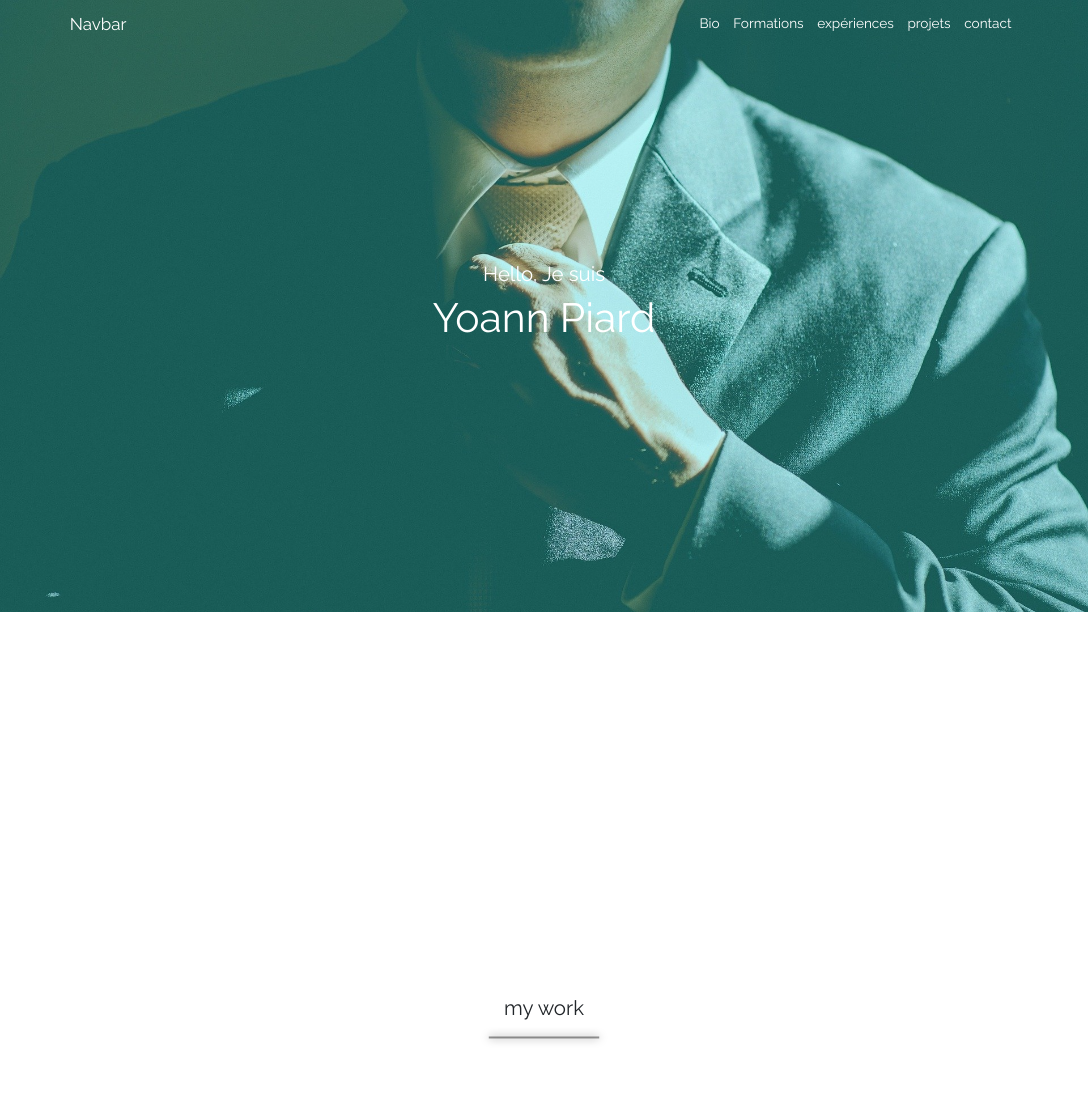
Repository: ypiard85/port-folio-bootstrap-yoann-2021
Page: index.html
The author's editor kept a copy of each file at every save. The page is drawn from the files as they stood at one save, then again after the next save.
The browser window is 1280 px wide. The pictures show the whole page, at 85% of full size.

Above is the page before, as saved 2021-03-09 15:15:37.
Console error: TypeError: window.onload is not a function

After the next save:
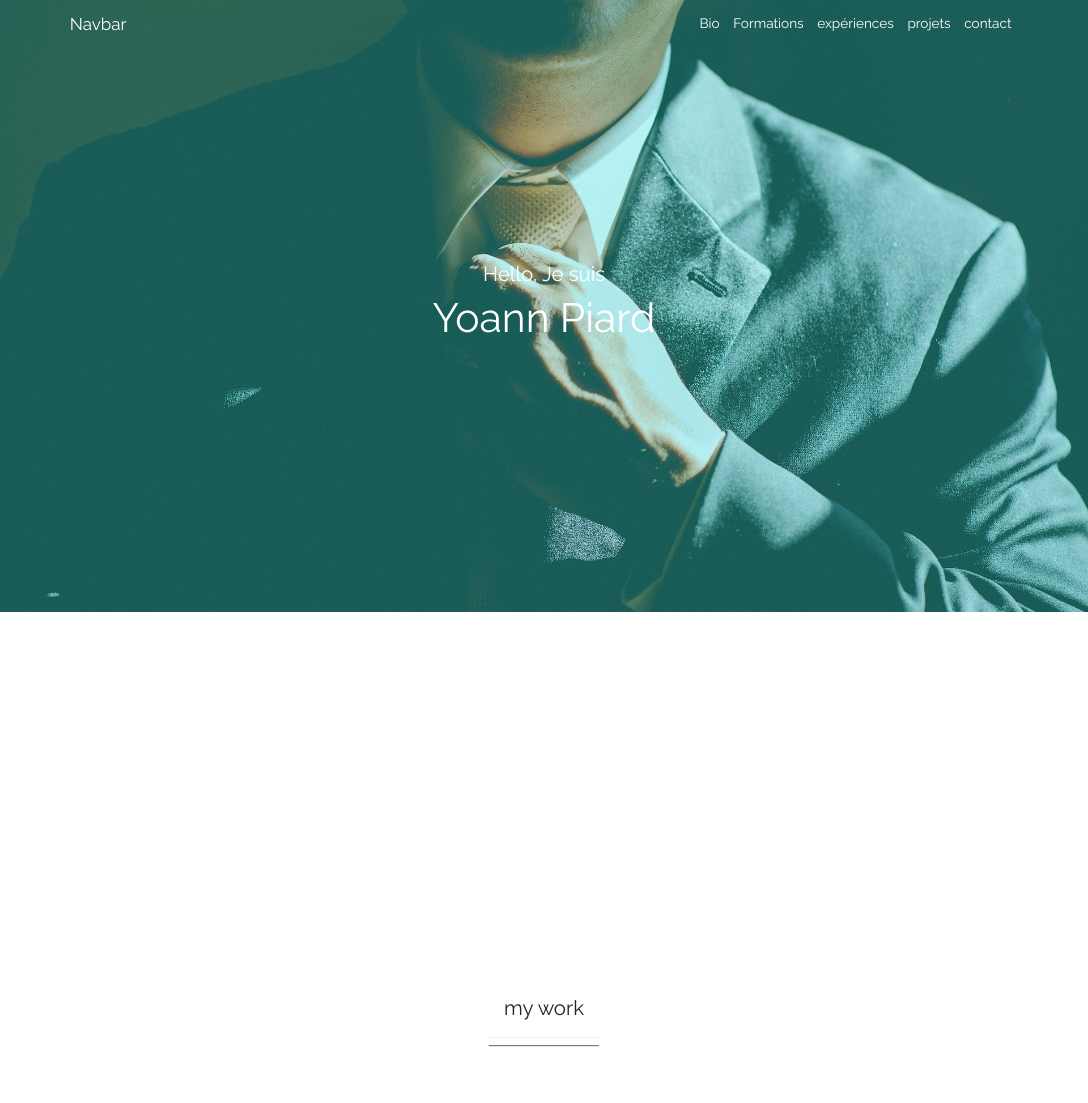
Saved 9 s later.
--- a/resource/style.css
+++ b/resource/style.css
@@ -80,10 +80,10 @@ header h1{
     position: absolute;
     width: 130px;
     height: 1px;
-    background-color: rgb(10, 10, 10);
+    background-color: rgb(233, 231, 231);
     bottom: -20px;
     left:0;
     right: 0;
     margin: auto;
-    box-shadow: 0 0 10px black;
+    box-shadow:  0 10px black;
 }
